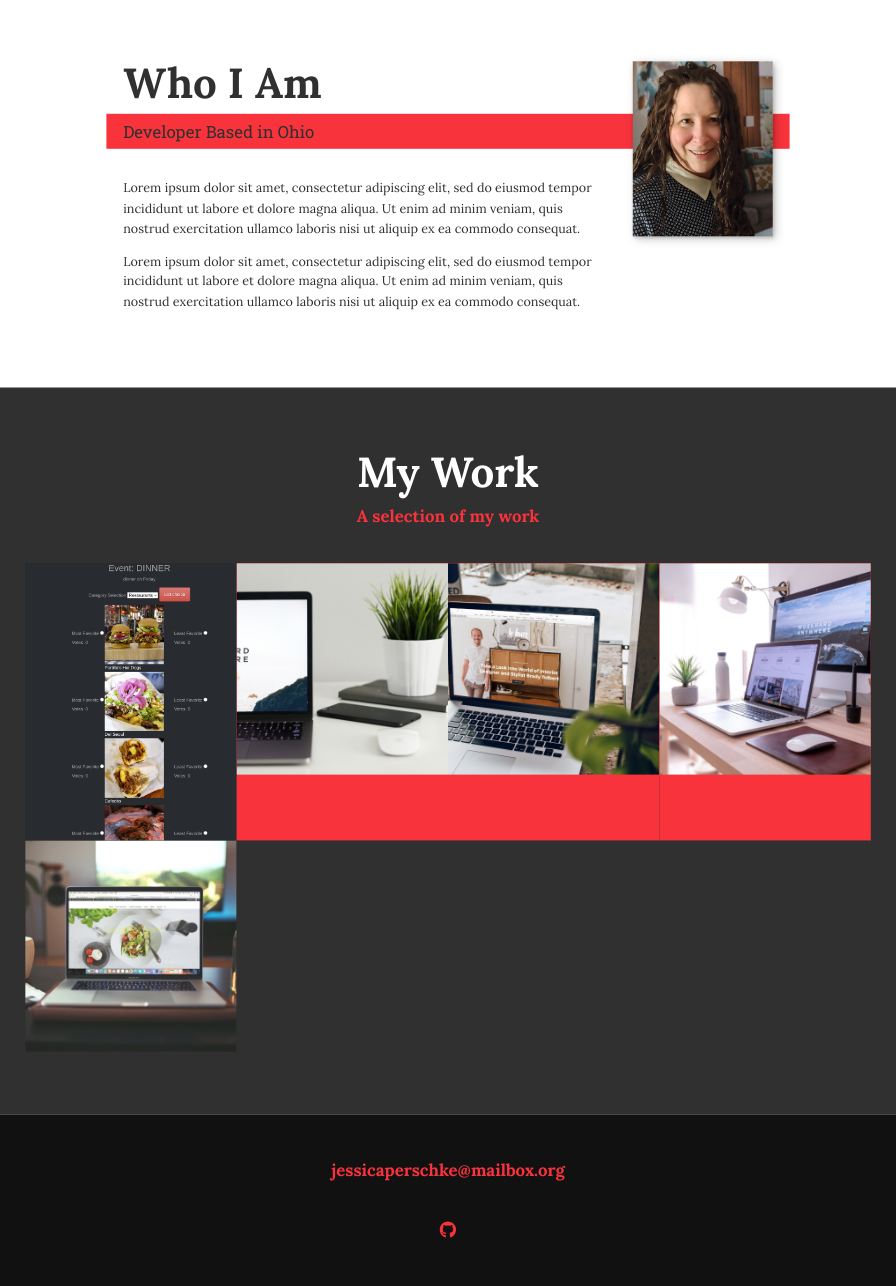
Repository: DinoDime/site
Page: index.html
The author's editor kept a copy of each file at every save. The page is drawn from the files as they stood at one save, then again after the next save.
The browser window is 1280 px wide. The pictures show the part of the page from y = 1172 to 3092 px (the page is 3009 px tall), at 70% of full size.
Some web libraries are served in a nearby version.

Above is the page before, as saved 2021-05-03 06:16:40.

After the next save:
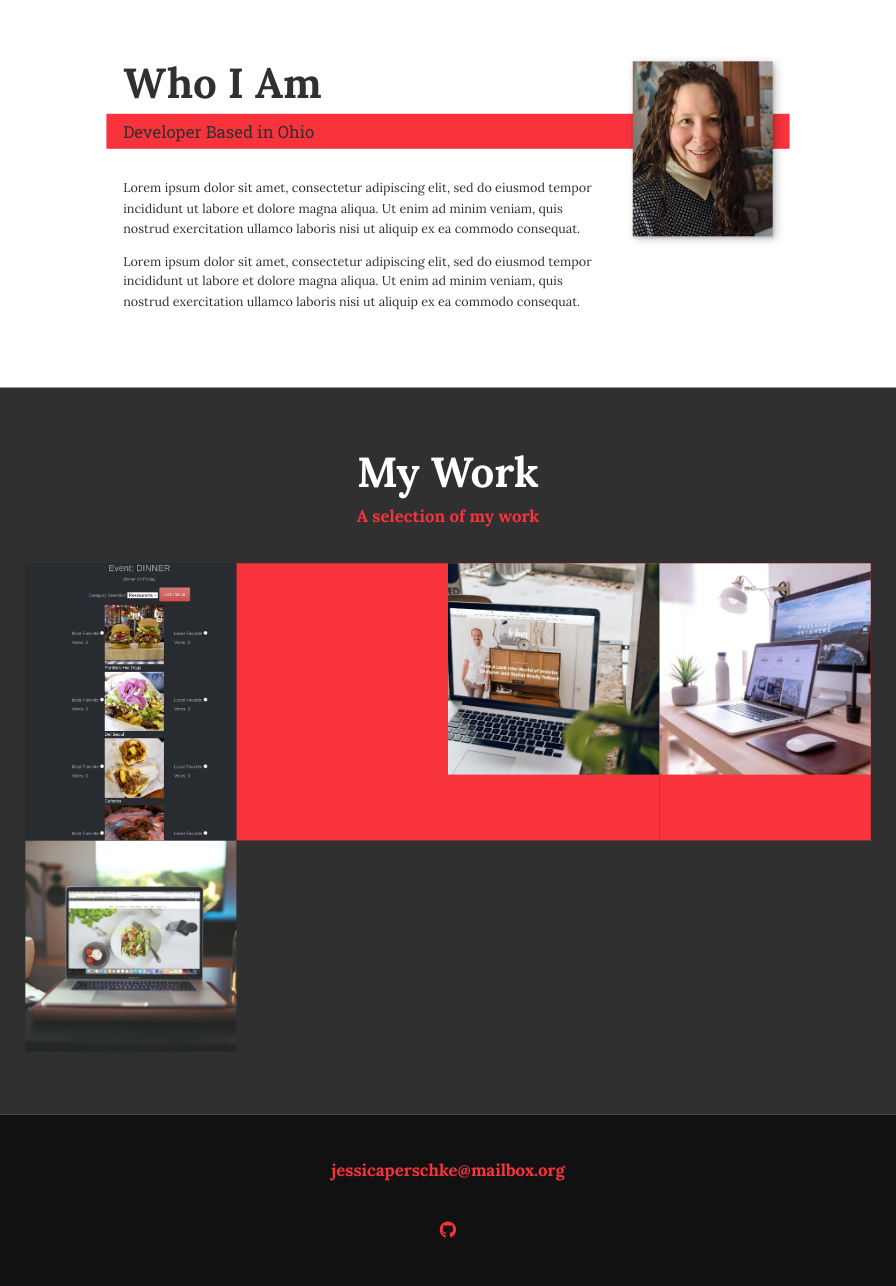
Not found: img/todo3
Saved 31 s later.
--- a/index.html
+++ b/index.html
@@ -142,7 +142,7 @@
 
         <!-- Portfolio item 02 -->
         <a href="portfolio-item2.html" class="portfolio__item">
-          <img src="img/portfolio-02.jpg" alt="" class="portfolio__img" />
+          <img src="img/todo3" alt="" class="portfolio__img" />
         </a>
 
         <!-- Portfolio item 03 -->

After the save that followed:
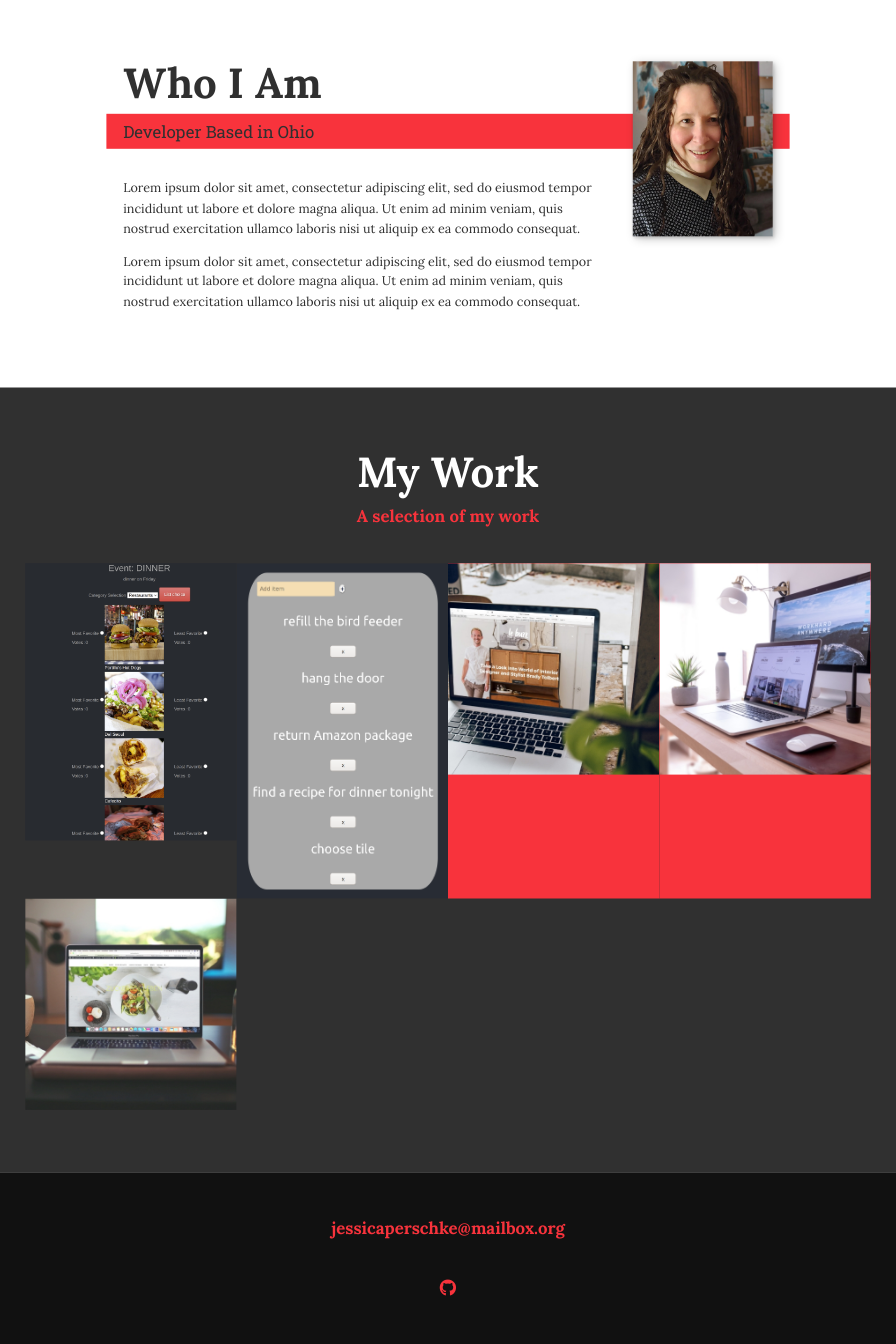
Saved 2 min 59 s later.
--- a/index.html
+++ b/index.html
@@ -142,7 +142,7 @@
 
         <!-- Portfolio item 02 -->
         <a href="portfolio-item2.html" class="portfolio__item">
-          <img src="img/todo3" alt="" class="portfolio__img" />
+          <img src="img/todo3.png" alt="" class="portfolio__img" />
         </a>
 
         <!-- Portfolio item 03 -->
